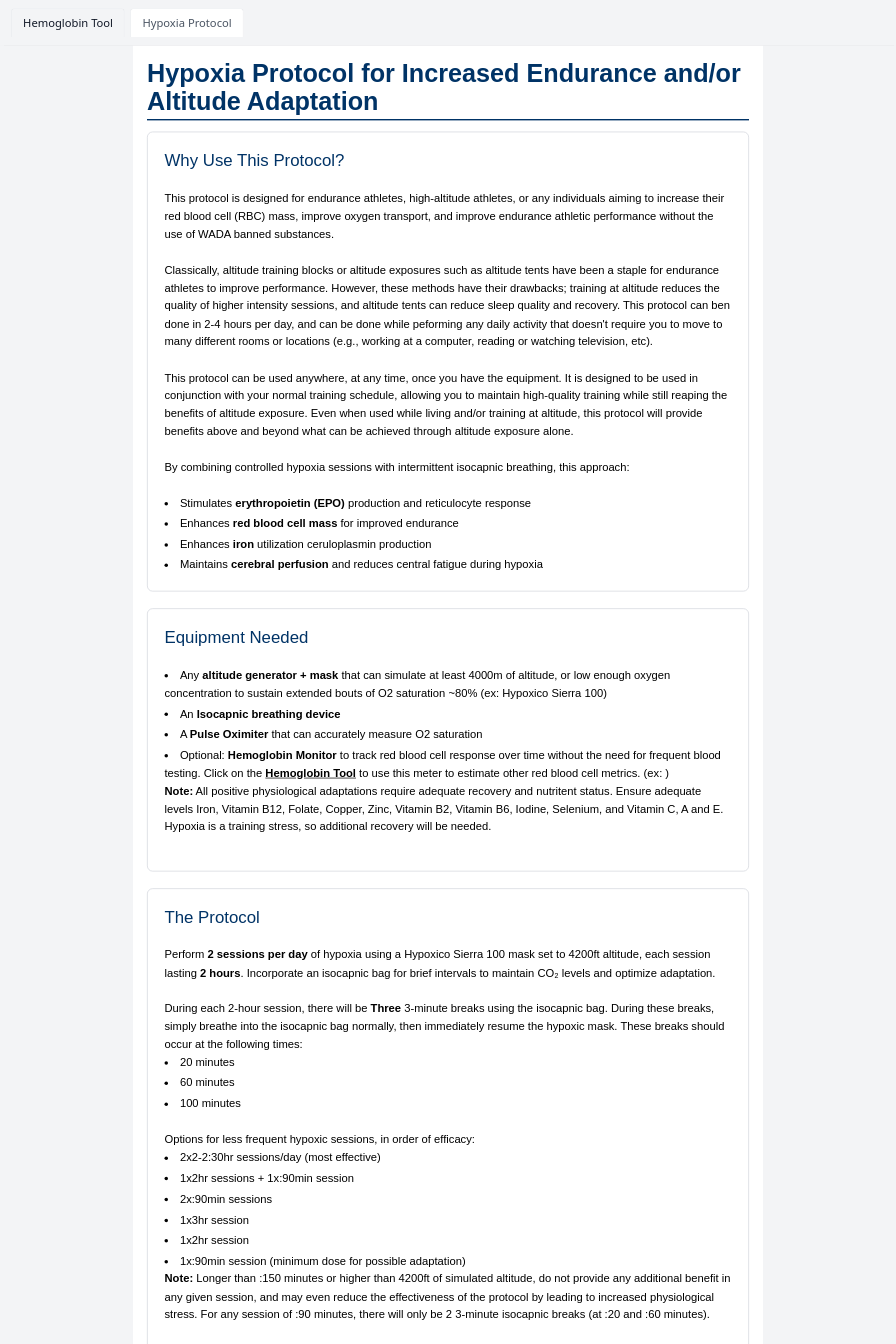
Repository: austenhughes1/hemoglobin_rbc_metrics
Page: hypoxia_protocol.html
An editor plug-in stored every save of this project. The page is shown before and after the next save, followed by the edit.
The browser window is 1280 px wide. The pictures show the part of the page from y = 0 to 1920 px (the page is 2679 px tall before and 2662 px after), at 70% of full size.
Some web libraries are served in a nearby version.

Above is the page before, as saved 2025-06-25 16:21:18.

After the next save:
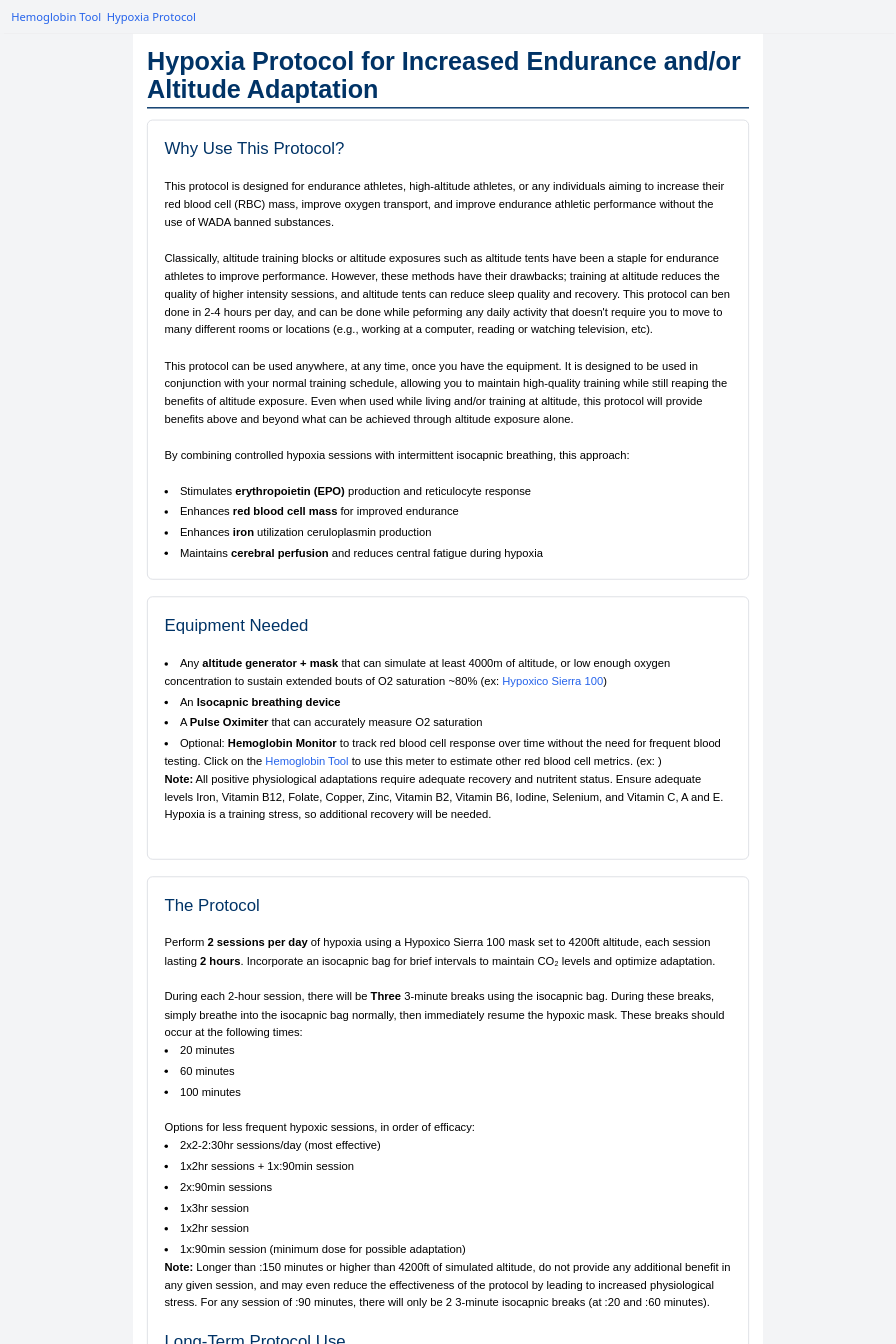
Saved 35 s later.
--- a/hypoxia_protocol.html
+++ b/hypoxia_protocol.html
@@ -25,13 +25,13 @@
   <!-- Full‐width sticky header -->
   <header class="sticky top-0 z-20 bg-gray-100 shadow-sm w-full">
     <nav class="flex justify-start space-x-2 px-4 py-3">
-      <a
+      <a class="text-blue-600 hover:underline"
         href="index.html"
         class="px-4 py-2 border border-b-0 rounded-t bg-gray-100 text-gray-900 font-medium whitespace-nowrap"
       >
         Hemoglobin Tool
       </a>
-      <a
+      <a class="text-blue-600 hover:underline"
         href="hypoxia_protocol.html"
         class="px-4 py-2 border border-b-0 rounded-t bg-white text-gray-600 hover:bg-gray-200 whitespace-nowrap"
       >
@@ -73,10 +73,10 @@
         <h2 class="text-2xl">Equipment Needed</h2>
         <br>
         <ul class="list-disc list-inside space-y-1">
-            <li>Any <strong>altitude generator + mask</strong> that can simulate at least 4000m of altitude, or low enough oxygen concentration to sustain extended bouts of O2 saturation ~80% (ex: <a href="https://hypoxico.com/products/sierra-100" target="_blank">Hypoxico Sierra 100</a>)</li>
+            <li>Any <strong>altitude generator + mask</strong> that can simulate at least 4000m of altitude, or low enough oxygen concentration to sustain extended bouts of O2 saturation ~80% (ex: <a class="text-blue-600 hover:underline" href="https://hypoxico.com/products/sierra-100" target="_blank">Hypoxico Sierra 100</a>)</li>
             <li>An <strong>Isocapnic breathing device</strong></li>
             <li>A <strong>Pulse Oximiter</strong> that can accurately measure O2 saturation</li>
-            <li>Optional: <strong>Hemoglobin Monitor</strong> to track red blood cell response over time without the need for frequent blood testing. Click on the <a class="font-bold underline" href="https://www.hemocalc.pro/index.html">Hemoglobin Tool</a> to use this meter to estimate other red blood cell metrics. (ex: )</li>
+            <li>Optional: <strong>Hemoglobin Monitor</strong> to track red blood cell response over time without the need for frequent blood testing. Click on the <a class="text-blue-600 hover:underline" class="font-bold underline" href="https://www.hemocalc.pro/index.html">Hemoglobin Tool</a> to use this meter to estimate other red blood cell metrics. (ex: )</li>
         </ul>
         <p>
         <strong>Note:</strong> All positive physiological adaptations require adequate recovery and nutritent status. Ensure adequate levels Iron, Vitamin B12, Folate, Copper, Zinc, Vitamin B2, Vitamin B6, Iodine, Selenium, and Vitamin C, A and E. Hypoxia is a training stress, so additional recovery will be needed.
@@ -137,10 +137,10 @@
         </p>
         <br>
         <ul class="list-disc list-inside space-y-1">
-        <li><strong>Ge et al., 2002:</strong> Peak EPO occurs at 90–120 min hypoxia, with diminishing returns beyond. Short reoxygenation does not blunt response. [<a href="https://www.hypoxico.com/wp-content/uploads/2018/04/Determinants-of-erythropoietin-release-in-response-to-short-term-hypobaric-hypoxia.pdf" target="_blank">link</a>]</li>
-        <li><strong>Serebrovskaya et al., 2008:</strong> Intermittent hypoxia + CO₂ breathing led to enhanced hematopoietic response. [<a href="https://pubmed.ncbi.nlm.nih.gov/18078855/" target="_blank">link</a>]</li>
-        <li><strong>Millet et al., 2010:</strong> Split hypoxia + brief reoxygenation improves adaptation over long continuous hypoxia. [<a href="https://pubmed.ncbi.nlm.nih.gov/20092365/" target="_blank">link</a>]</li>
-        <li><strong>Verges et al., 2015:</strong> Maintaining PETCO₂ during hypoxia produces 30–50% greater EPO AUC vs hypocapnic hypoxia. [<a href="https://pubmed.ncbi.nlm.nih.gov/26319812/" target="_blank">link</a>]</li>
+        <li><strong>Ge et al., 2002:</strong> Peak EPO occurs at 90–120 min hypoxia, with diminishing returns beyond. Short reoxygenation does not blunt response. [<a class="text-blue-600 hover:underline" href="https://www.hypoxico.com/wp-content/uploads/2018/04/Determinants-of-erythropoietin-release-in-response-to-short-term-hypobaric-hypoxia.pdf" target="_blank">link</a>]</li>
+        <li><strong>Serebrovskaya et al., 2008:</strong> Intermittent hypoxia + CO₂ breathing led to enhanced hematopoietic response. [<a class="text-blue-600 hover:underline" href="https://pubmed.ncbi.nlm.nih.gov/18078855/" target="_blank">link</a>]</li>
+        <li><strong>Millet et al., 2010:</strong> Split hypoxia + brief reoxygenation improves adaptation over long continuous hypoxia. [<a class="text-blue-600 hover:underline" href="https://pubmed.ncbi.nlm.nih.gov/20092365/" target="_blank">link</a>]</li>
+        <li><strong>Verges et al., 2015:</strong> Maintaining PETCO₂ during hypoxia produces 30–50% greater EPO AUC vs hypocapnic hypoxia. [<a class="text-blue-600 hover:underline" href="https://pubmed.ncbi.nlm.nih.gov/26319812/" target="_blank">link</a>]</li>
         </ul>
 
         <p class="citation">

After the save that followed:
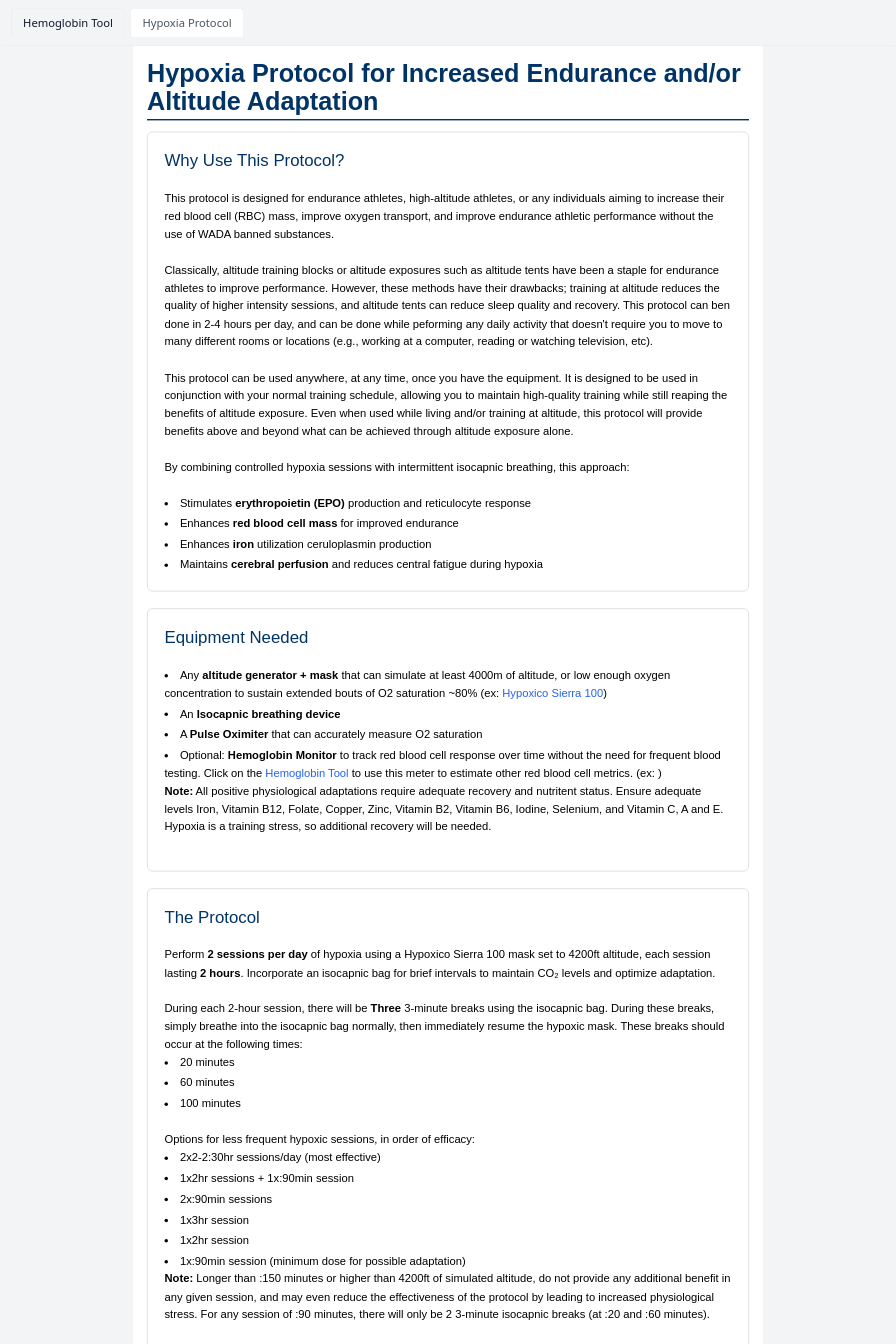
Saved 31 s later.
--- a/hypoxia_protocol.html
+++ b/hypoxia_protocol.html
@@ -25,13 +25,13 @@
   <!-- Full‐width sticky header -->
   <header class="sticky top-0 z-20 bg-gray-100 shadow-sm w-full">
     <nav class="flex justify-start space-x-2 px-4 py-3">
-      <a class="text-blue-600 hover:underline"
+      <a
         href="index.html"
         class="px-4 py-2 border border-b-0 rounded-t bg-gray-100 text-gray-900 font-medium whitespace-nowrap"
       >
         Hemoglobin Tool
       </a>
-      <a class="text-blue-600 hover:underline"
+      <a
         href="hypoxia_protocol.html"
         class="px-4 py-2 border border-b-0 rounded-t bg-white text-gray-600 hover:bg-gray-200 whitespace-nowrap"
       >
